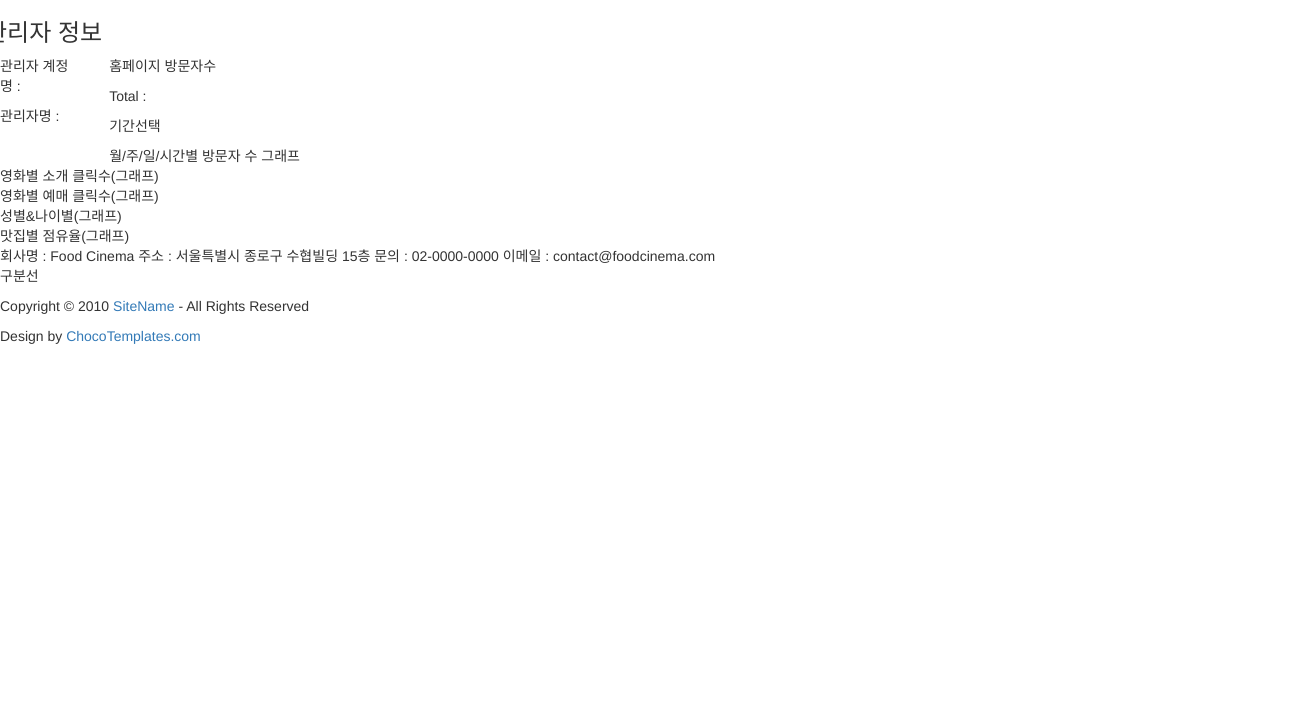
Repository: fhwang2/WEB
Page: http://localhost/FoodCinema/admin.jsp
An editor plug-in stored every save of this project. The page is shown before and after the next save, followed by the edit.
The browser window is 1280 px wide. The page is 1295 px wide, then 1292 px, so the pictures cover 1295 px, including what lies to the right of the window. The pictures show the whole page.
The page is served by Tomcat 9.

Above is the page before, as saved 2019-07-11 09:40:28.

After the next save:
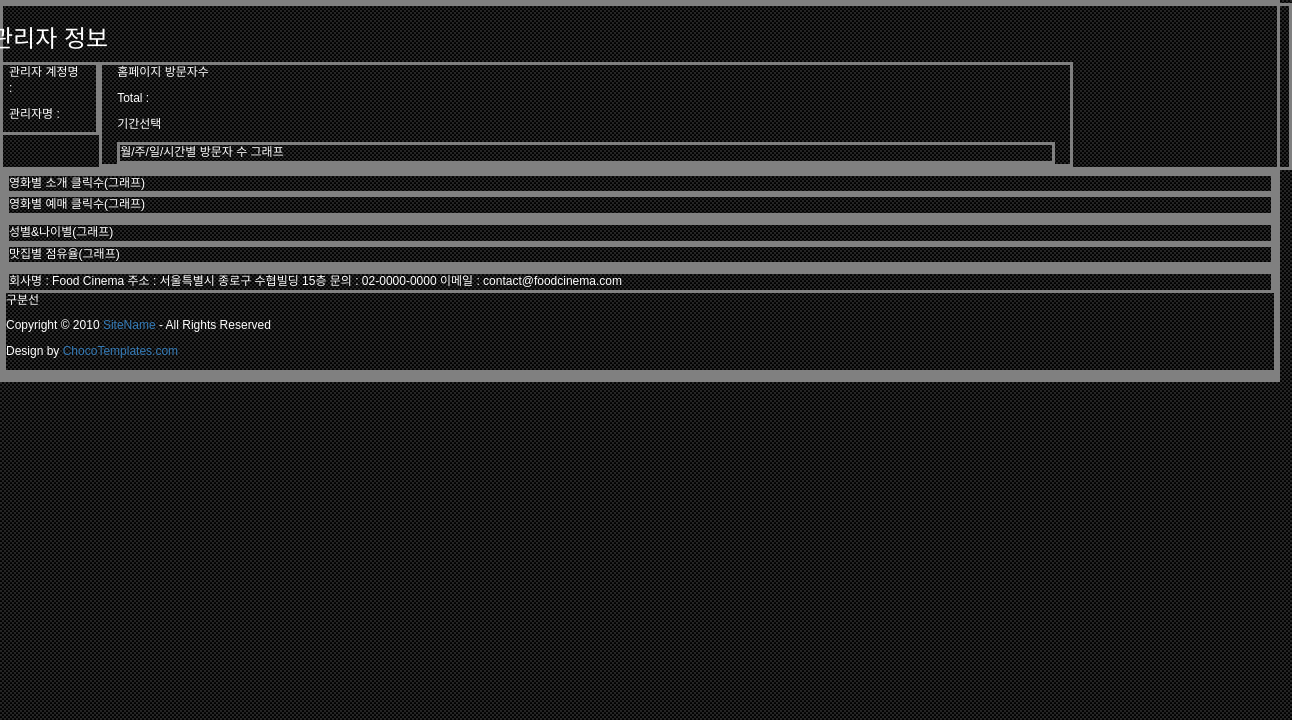
Saved 9 s later.
--- a/FoodCinema/WebContent/admin.jsp
+++ b/FoodCinema/WebContent/admin.jsp
@@ -18,6 +18,19 @@
 	margin:0;
 	padding:0;
 	outline:0;
+}
+
+body {
+	font-size:12px;
+	line-height:1.3;
+	font-family:Arial, Helvetica, Sans-Serif;
+	color:white;
+	background:url('images/body-bg.gif');
+}
+
+div {
+	border-style: solid;
+	border-color: gray;
 }
 
 </style>
